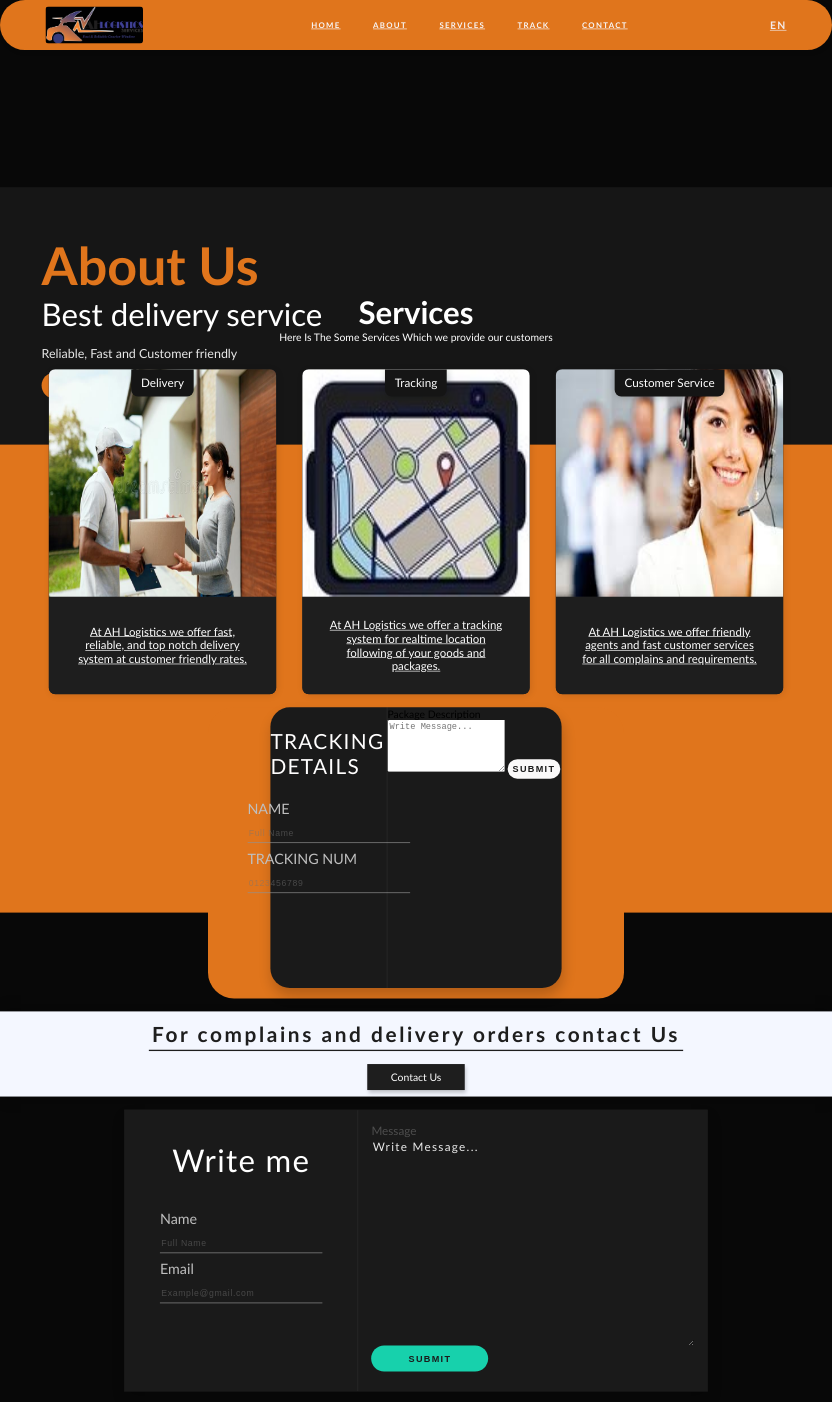
Repository: TheSecretlifeOfX/Ah-Logistics
Page: index.html
An editor plug-in stored every save of this project. The page is shown before and after the next save, followed by the edit.
The browser window is 1280 px wide. The pictures show the whole page, at 65% of full size.

Above is the page before, as saved 2022-03-02 16:04:15.

After the next save:
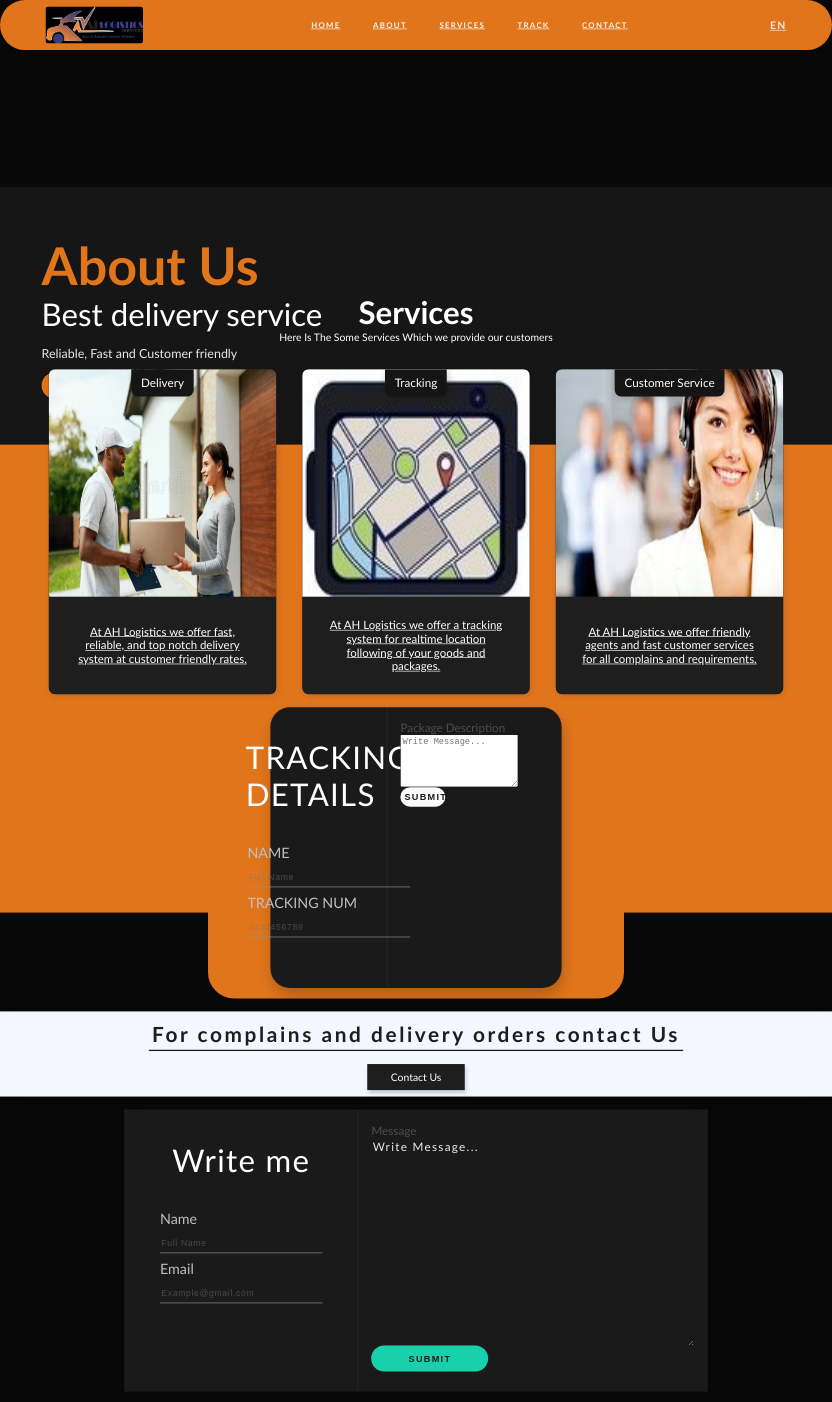
Saved 4 min 41 s later.
--- a/css/home.css
+++ b/css/home.css
@@ -262,27 +262,20 @@ body{
 		.T-Heading{
 			font-family: calibri;
 			color:#fffefe;
-			font-size: 2rem;
-			letter-spacing: 2px;
-			font-weight: 250;
-			}
-		.T-2-body{
-			font-family: calibri;
-			color:#FFFFFF;
-			font-size: 1rem;
-			letter-spacing: 2px;
-			font-weight: 200;
-		}
-		.C-Name,.F-Num{
-			display: flex;
-			flex-direction: column;
-			font-family: calibri;
-		}
-		.C-Name font,.F-Num font{
+			font-size: 3rem;
+			letter-spacing: 2px;
+			font-weight: 400;
+		}
+		.f-name,.f-num{
+			display: flex;
+			flex-direction: column;
+			font-family: calibri;
+		}
+		.f-name font,.f-num font{
 			color:#BFBFBF;
 			font-size: 22px;
 		}
-		.C-Name input,.F-Num input{
+		.f-name input,.f-num input{
 			height: 30px;
 			width:250px;
 			border: none;
@@ -292,22 +285,22 @@ body{
 			color:#FFFFFF;
 			margin: 10px 0px;
 		}
-		.F-Num input::placeholder,
-		.C-Name input::placeholder{
+		.f-num input::placeholder,
+		.f-name input::placeholder{
 			opacity: 0.5;
 			letter-spacing: 1px;
 		}
-		.F-Num input:focus,
-		.F-Num input:focus{
+		.f-num input:focus,
+		.f-num input:focus{
 			border-bottom: 1px solid #0d0e0d;
 			transition: all ease 0.5s;
-		}.message font{
+		}.Description font{
 			font-size: 18px;
 			color:#4E4E4E;
 			font-family: calibri;
 
 		}
-		.message{
+		.Description{
 			margin: 20px;
 		}
 		#contact-btn{
